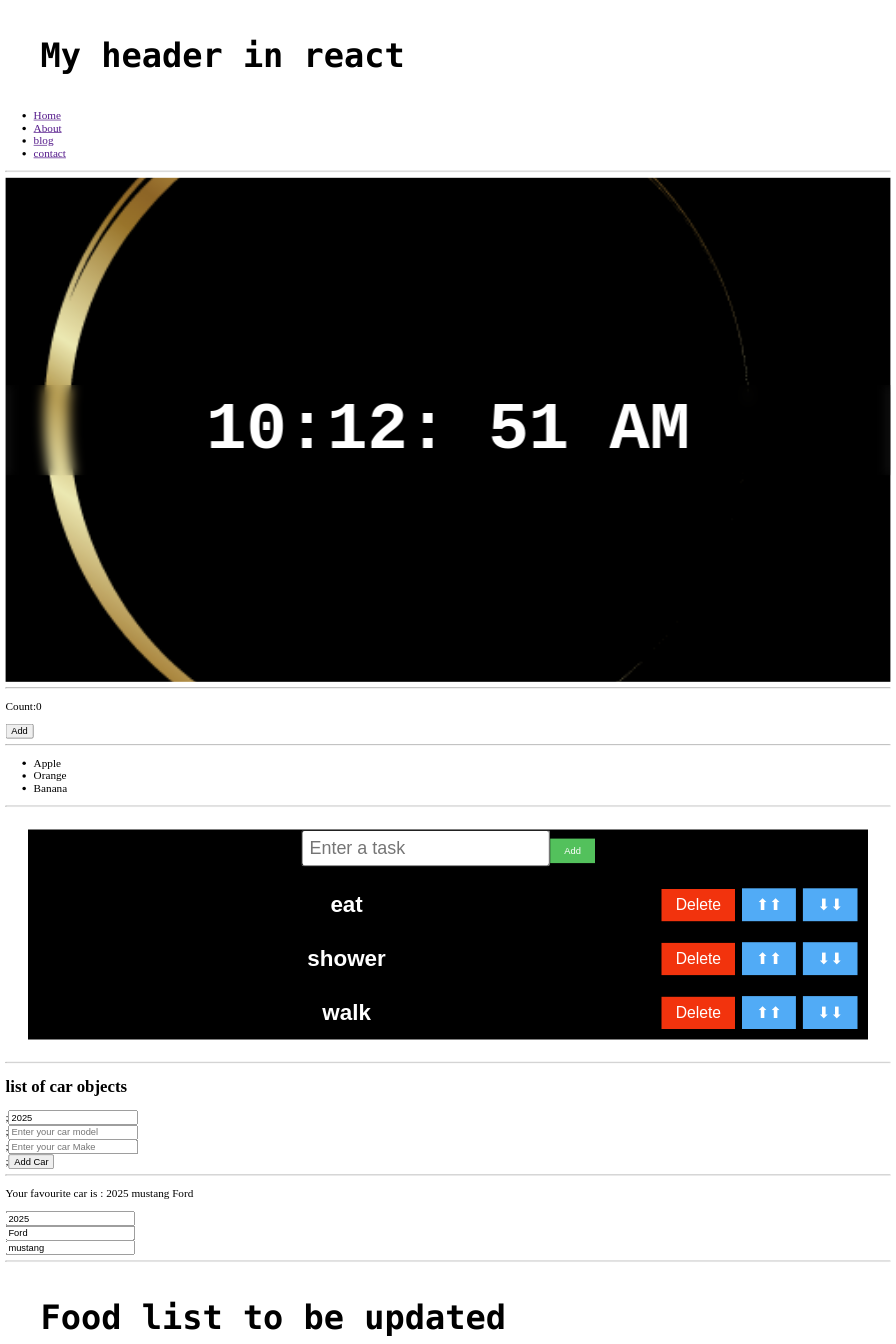
Repository: profbkmurage/reactLearning
Page: /
An editor plug-in stored every save of this project. The page is shown before and after the next save, followed by the edit.
The browser window is 1280 px wide. The pictures show the part of the page from y = 0 to 1920 px (the page is 6570 px tall), at 70% of full size.
Backgrounds fixed to the window are drawn as part of the page. The project was rebuilt for these pictures with package versions that can differ from the ones it lists, and the page was loaded fresh each time. Also part of the build but not shown: vite.config.js.

Above is the page before, as saved 2025-02-14 10:29:50.

### src/index.css
 .card{
  border: 1px solid hsl(0, 0%, 80%);
  border-radius: 10px;
  box-shadow: 5px 5px 5px hsl(0, 0, 0.1)                                5;
  padding: 20px;
  margin: 10px;
  text-align: center;
  max-width: 250px;
  display: inline-block;
}

.card .cardImage{
  border-radius: 50%;
  max-width: 70%;
  height: auto;
  margin-bottom: 8px;
}

.card .cardTitle{
  font-family: Arial, Helvetica, sans-serif;
  margin: 0;
  color: hsl(0, 0, 20%);
}

.card .cardText{
  font-family: Arial, Helvetica, sans-serif;
  color: hsl(0, 0, 30%);
}

.welcome-message{
  font-size: 2.5em;
  background-color: rgb(4, 74, 4);
  color: white;
  padding: 10px;
  border-radius: 5px;
  margin: 0;
}

.login-prompt{
  font-size: 2.5em;
  background-color: rgb(219, 14, 14);
  color: white;
  padding: 10px;
  border-radius: 5px;
  margin: 0;
}

.list-cartegory{
  font-size: 2.5em;
  font-weight:bold ;
  color: hsl(0, 0%, 100%);
  margin-bottom: 10px;
  text-align: center;
  border: 3px solid ;
  background-color: green;
  border-radius: 6px;
}


.list-item,.list-item{
  font-size: 2em;
  list-style: none;
  color: black;
  text-align: center;
  margin: 0;
}

.list-item li:hover{
  background-color: rgb(2, 73, 6);
  color: white;
}

.counter-div{
  text-align: center;
  font-family: Arial, Helvetica, sans-serif;
}

.count-display{
  font-size: 8em;
  margin-top: 0;
  margin-bottom: 50px;
}

.bttn{
   width: 100px;
   height: 50px;
   font-size: 1.2 em;
   margin: 0 5px;
   background-color: magenta;
   color: black;
   border: none;
   border-radius: 5px;
   cursor: pointer;
   display: inline-block;
   overflow: hidden;
}

.color-picker-container{
  display: flex;
  flex-direction: column;
  align-items: center;
}

h1{
  margin: 50px;
  font-size: 3rem;
  font-family: consolas;
}

.color-display{
  width: 300px;
  height: 300px;
  display: flex;
  justify-content: center;
  align-items: center;
  border: 5px solid hsl(0, 0%, 80%);
  border-radius: 25px;
  margin-bottom: 25px;
  transition: 0.25s ease;
}

.color-display p{
  color: hsl(0, 0, 20%);
  font-size: 2rem;
  text-align: center;
}

label{
  font-size: 1.5rem;
  font-weight: bold;
  margin-bottom: 10px;
}

input[type= "color"]{
  width: 48%;
  height: 50px;
  padding: 5px;
  border-radius: 10px;
  border: 3px solid hsl(0, 0, 80%);
}


.to-do-list{
  font-family: Arial, Helvetica, sans-serif;
  text-align: center;
  margin:2rem;
  background-color: black;
}
.to-do-list h1{
  font-size: 1.7rem;
}

.to-do-list button{
  font-size: bold;
  padding: 10px 20px;
  color: white;
  border: none;
  cursor: pointer;
  transition: background-color 0.5s ease;
}

.add-button{
  background-color: hsl(125, 47%, 54%);

}
.add-button:hover{
  background-color: hsl(125, 47%, 44%);
}
.delete-button{
  background-color: hsl(10, 90%, 50%);

}
.delete-button:hover{
  background-color: hsl(10, 90%, 40%);
}
.move-button{
  background-color: hsl(207, 90%, 64%);

}
.move-button:hover{
  background-color: hsl(207, 90%, 44%);
}

.to-do-list input[type='text']{
  font-size: 1.6rem;
  padding:10px;
  border: 2px solid hsla(0, 0, 80%, 0.5);
  border-radius: 5px;
  color: hsla(0, 0, 80%, 0.5);
}

.to-do-list ol{
  padding: 0;
}
.to-do-list li{
  font-size: 2rem;
  font-weight: bold;
  padding: 15px;
  background-color: hsl(0, 0, 97%);
  border: 3px solid hsla(0, 0, 85%, 0.75);
  border-radius:5px;
  display: flex;
  align-items: center;
}

.text{
  flex: 1;
  color: white;
}

.delete-button,.move-button{
  padding: 8px 12px;
  font-size: 1.4rem;
  margin-left: 10px;
}

.clock-body{
  background-image: url(./assets/bg.png);
  background-attachment: fixed;
  background-position: center;
  background-repeat: no-repeat;
  background-size: cover;
  margin: 0;
  display: flex;
  justify-content: center;
  min-height: 100vh;
  align-items: center;
}

.clock-container{
backdrop-filter: blur(8px);
width: 100vw;
padding: 10px 0;
}
.clock{
 color: white;
 font-size: 6rem;
 font-weight: bold;
 font-family: monospace;
 text-align: center;
 text-shadow: 3px 3px 5px black;
}

### src/header.jsx

function Header() {
    // react components are only able to return one elememt only but you can tie children in the elements
    return (
        <header>
            <h1>My header in react</h1>
            <nav>
                <ul>
                    <li><a href="">Home</a></li>
                    <li><a href="">About</a></li>
                    <li><a href="">blog</a></li>
                    <li><a href="">contact</a></li>
                </ul>
            </nav>
        </header>
    )
}

export default Header;

### src/footer.jsx
function Footer() {
    return (
        <footer>
            <p>&copy;{new Date().getFullYear()} all rights reseved</p>
        </footer>
    )
}

export default Footer

### src/Food.jsx
function Food() {
    const food1 = 'Orange';
    const food2 = 'Banana';

    return (
        <ul>
            <li>Apple</li>
            <li>{food1}</li>
            <li>{food2}</li>
        </ul>
    )
}

export default Food

### src/Card.jsx
import profilePic from "./assets/bk.jpg"

function Card() {
    return (
        <div className="card">
            <img className="cardImage" src={profilePic} alt="" />
            <h2 className="cardTitle">Brian Murage</h2>
            <p className="cardText">I am a student currently taking a bachelors degree in education science</p>
        </div>
    );
}

export default Card

### src/reactProps.jsx
// you have to import proptypes so as to use and create the property types
import propTypes from "prop-types";
import defaultPic from "./assets/bk.jpg"

function Person(props) {
    return (
         <div className="card">
            <img className="cardImage" src={props.imgsrc} alt="a pic here" />
            <h2 className="cardTitle">{props.name}</h2>
            <p className="cardText">{props.description}</p>
            <p className="cardText">{props.age}</p>
            <p className="cardText">{props.isStudent ? 'yes' : 'no'} </p>
        </div>
    )
}

Person.propTypes = {
    name: propTypes.string,
    age: propTypes.number,
    description: propTypes.string,
    imgsrc: propTypes.string,
    isStudent: propTypes.bool
}
// props can have default values such that when not defined, these will take effect
Person.defaultProps = {
     name: 'no defined name',
    age: 'age not defined',
    description: 'no defined value here',
    imgsrc: defaultPic,
    isStudent: false
}

export default Person

### src/usergreeting.jsx
import propTypes from"prop-types"

function UserGreeting(props) {
    // if (props.isLoggedIn) {
    //     return (
    //         <h2>Welcome {props.userName}</h2>
    //     )
    // }this can be replced by a tenary operation
    const logInMessage = <h2 className="login-prompt">please login to continue</h2>;
    const loggedInMessage = <h2 className="welcome-message">welcome {props.userName}</h2>;

    return(props.isLoggedIn ? loggedInMessage : logInMessage)

}

UserGreeting.propTypes = {
    userName: propTypes.string,
    isLoggedIn: propTypes.bool
}

export default UserGreeting;

### src/List.jsx


function List() {
    const fruits = [{ id:1 ,name: 'Banana', carlories: 50 },
                    { id: 2,name: 'orange', carlories: 95 },
                    { id: 3,name: 'Tomato', carlories: 125 },
                    { id: 4,name: 'Kiwi', carlories: 150 }
                    // the id willl help to give the key value which is necessary for react to keep track of the data in the list
    ];
    // we can sort the list before we display it
    //fruits.sort((a, b) => a.name.localeCompare(b.name));  //this is using alphabetical
    // fruits.sort((a, b) => b.name.localeCompare(a.name));  //this is using reverse alphabetical

    // sorting by numerical values
    // fruits.sort((a,b) => b.carlories - a.carlories)

    // sorting by a specific criterion eg. get all that are greater than 94
    const lowCarlories = fruits.filter(fruit => fruit.carlories > 94);

    const listItems = lowCarlories.map(lowCarlorie => <li key={lowCarlorie.id}>
                                            {lowCarlorie.name} &nbsp;
                                            {lowCarlorie.carlories}
                                            </li>);
    return (
        <ol>{listItems}</ol>
    )
}

export default List

### src/ReusableList.jsx
import propTypes from 'prop-types';

function ReusableList(props) {
    const cartegory = props.cartegory;
    const itemList = props.items;

    const listItems = itemList.map(item => <li key={item.id}>
                                    {item.name}: &nbsp;
                                    <b>{item.calories}</b>
                                </li> );
    return (<>
        <h3 className='list-cartegory'>{cartegory}</h3>
        <ol className='list-item'>{listItems}</ol>
    </>)
}

ReusableList.propTypes = {
    cartegory : propTypes.string,
    items: propTypes.arrayOf(propTypes.shape({
        id: propTypes.number,
        name: propTypes.string,
        calories: propTypes.number
    }))
}

ReusableList.defaultProps = {
    cartegory: 'Cartegory',
    items: []
}

export default ReusableList;

### src/Button.jsx
function Button() {
    // const handleClick = () => alert('Hi there');

    let count = 0;
    const handleClickParams = (name) => {
        if (count < 3) {
            count++;
            alert(`${name} you clicked me ${count} times!`);
        } else {
            alert(name + ' stop clicking me now!')
        }

    }
    return (
        <>
        {/* <button onClick ={handleClick}>click me now 😂😂</button> */}
            <button onClick={()=>handleClickParams('Brian')}>click me now 😂😂</button>
            </>
    )
}

export default Button

### src/PicHide.jsx
function PicHide() {
    const imgURL = './src/assets/bk.jpg';

    const handleClick = (e) => e.target.style.display = 'none';

    return (
        <img onClick={(e)=> handleClick(e)} src={imgURL} alt="" ></img>
    )
}

export default PicHide

### src/MyComponent.jsx
import {useState} from "react";

function MyComponent() {
    const [name, setName] = useState('Guest');
    const [age, setAge] = useState(0);
    const [isEmployed, setIsEmployed] = useState(false);

    const updateName = () => {
        setName('Oswad Coberpolt')
    }

    const incrementAge = () => {
        setAge(age + 1);
    }

    const toogleEmployedStatus = () => {
        setIsEmployed(!isEmployed);
    }

    return (
        <div>
            <p>Name: {name}</p>
            <button onClick={updateName}>Set Name</button>

            <p>Age: {age}</p>
            <button onClick={incrementAge}>Set age</button>

            <p>Is Employed: {isEmployed?'Yes': 'No'}</p>
            <button onClick={toogleEmployedStatus}>Toogle employment status</button>
        </div>
    )
}

export default MyComponent;

### src/Counter.jsx
import  { useState } from "react";

function Counter() {
    let [counter, setCounter] = useState(0);

    const increment = () => {
        setCounter(counter++);
    }

    const decrement = () => {
        setCounter(counter--);
    }

    const reset = () => {
        setCounter(0);
    }

    return (
        <div className="counter-div">
            <p className="count-display">{counter}</p>
            <button onClick={decrement} className="bttn counter-decrease">Deacrese</button>
            <button onClick={reset} className="bttn reset">reset</button>
            <button onClick={increment} className="bttn increase">increase</button>
        </div>
    )

}

export default Counter

### src/OnchangeFile.jsx
import { useState } from "react";

function ChangeHandler() {
    const [name, setName] = useState('Your name here');
    const [quantity, setQuantity] = useState(0);
    const [paymentMode, setPaymentMode] = useState('Select only one');
    const [shippingMethod,setShipMethod] = useState('')

    function handleNameChange(event) {
        setName(event.target.value);
    }

    function handleQuantity(event) {
        setQuantity(event.target.value);
    }

    function handlePaymentMode() {
        setPaymentMode(event.target.value);
    }

    function handleShipment(event) {
        setShipMethod(event.target.value);
    }

    return (
        <div>
            <input type="text" value={name} onChange={handleNameChange} />
            <p>Name: {name}</p>

            <input type="number" value={quantity} onChange={handleQuantity } />
            <p>quantity: {quantity}</p>

            <select name="" id="" value={paymentMode} onChange={handlePaymentMode}>
                <option value="">select one</option>
                <option value="visa">visa</option>
                <option value="master">master</option>
                <option value="giftCard">giftCard</option>
                <option value="mpesa">mpesa</option>
            </select>
            <p>Payment: {paymentMode}</p>
            <br />
            <label >
                <input type="radio" value='pick up' checked = {shippingMethod === 'pick up'} onChange={handleShipment} />
                pick up
            </label><br />
            <br />
            <label >
                <input type="radio" value='delivery' checked = {shippingMethod === 'delivery'} onChange={handleShipment} />
                delivery
            </label><br />
            <p>Shippment Method: {shippingMethod}</p>
        </div>
    )
}

export default ChangeHandler;

### src/ColorPicker.jsx
import { useState } from "react";

function ColorPicker() {
    const [color, setColor] = useState("#ffffff");

    function handleColorChange(event) {
        setColor(event.target.value)
    }

    return (
        <div className="color-picker-container">
            <h1>Color Picker</h1>
            <div className="color-display" style={{ backgroundColor: color }}>
                <p>Selected color: {color}</p>
            </div>
            <label htmlFor="">Select a color: </label>
            <input type="color" value={color} onChange={handleColorChange} />
        </div>
    )
}

export default ColorPicker;

### src/UpdaterFunctions.jsx
import { useState } from "react";

function UpdaterFunction() {
    const [car, setCar] = useState({
        year: 2025,
        make: "Ford",
        model: "mustang"
    })

    function handleYearChange(event) {
        setCar(c => ({ ...c, year: event.target.value }));
        // the spread operator ...car must be used so that when updating, the car object retains the other property other than the year preoperty
}
    function handleModelChange(event) {
        setCar(c => ({ ...c, model: event.target.value}));

}
    function handleMakeChange(event) {
        setCar(c => ({ ...c, make: event.target.value }));
}

    return (
        <div>
            <p>Your favourite car is : {car.year} {car.model} {car.make}</p>
            {/* the goal here is to have the data in the paragraph change depending on what the user wants, so we need to have some inputs */}
            <input type="number" value={car.year} onChange={handleYearChange}/><br />

            <input type="text" value={car.make}onChange={handleMakeChange} /><br />
            <input type="text" value={car.model} onChange={handleModelChange} /><br />
        </div>
    );
}

export default UpdaterFunction;

### src/FoodUpdater.jsx
import { useState } from "react";

function FoodUpdater() {
    const [foods, setFoods] = useState(['Apple', 'Banana', 'orange', 'pearch']);

    function handleAddFood() {
        const newFood = document.getElementById('foodInput').value;
        document.getElementById('foodInput').value = '';

        setFoods(f => [...f, newFood]);

    }
    function handleRemoveFood(index) {
        setFoods(foods.filter((_,i)=>i!==index))
    }

    return (
        <div>
            <h1>Food list to be updated</h1>
            <ul>
                {foods.map((food, index) => <li key={index} onClick={()=>handleRemoveFood(index)}>{food}</li>)}
            </ul>

            <input type="text" id="foodInput" placeholder="Enter your favourite food to add to list" />
            <button onClick={handleAddFood}>Add Food</button>
        </div>
    )

}

export default FoodUpdater;

### src/CarUpdater.jsx
import { useState } from "react";

function CarUpdater() {
    const [cars, setCars] = useState([]);
    const [carYear, setCarYear] = useState(new Date().getFullYear());
    const [carMake, setCarMake] = useState('');
    const [carModel, setCarModel] = useState('')

    // function to add car and remove it
    function handleAddCar() {
        const newCar = {
            year: carYear,
            make: carMake,
            model: carModel
        };
        setCars(c => [...c, newCar]);
        setCarMake('');
        setCarModel('');
        setCarYear(new Date().getFullYear());
    }

    function handleRemoveCar(index) {
        setCars(c => c.filter((_, i) => i !== index));
    }
    // ?function to add year
    function handleYearChange(event) {
        setCarYear(event.target.value);
    }

    // function to add make
    function handleMakeChange(event) {
        setCarMake(event.target.value);
    }
    // function to add model
    function handleModelChange(event) {
        setCarModel(event.target.value);
    }
    return (
        <div>
            <h2>list of car objects</h2>
            <ul>
                {cars.map((car, index) =>
                    <li key= {index} onClick={()=>handleRemoveCar(index)} >
                        {car.year} {car.model} {car.make}
                </li>
            )}
            </ul>;
        <input type="number" value= {carYear} onChange={handleYearChange} /><br/>;
        <input type="text" placeholder="Enter your car model" value= {carModel} onChange={handleModelChange} /><br/>;
        <input type="text" placeholder="Enter your car Make" value= {carMake} onChange={handleMakeChange} /><br/>;
        <button onClick={handleAddCar}>Add Car</button>
        </div>
    );
}

export default CarUpdater

### src/ToDoo.jsx
import { useState } from "react";

function ToDooList() {
    const [tasks, setTasks] = useState(['eat', 'shower', 'walk']);
    const [newTask, setNewTask] = useState('');



    function handleInputChange(event) {
        setNewTask(event.target.value)
    }

    function addTask() {
        if (newTask.trim() !== '') {
            setTasks(t => [...t, newTask]);
            setNewTask('');
        } else { alert('invalid input method! task cannot be empty') };

    }

    function deleteTask(index) {
        const updatedTasks = tasks.filter((_, i) => i !== index);
        setTasks(updatedTasks);
    }

    function moveTaskUp(index) {
        if (index > 0) {
            const updatedTasks = [...tasks];
            [updatedTasks[index], updatedTasks[index - 1]] = [updatedTasks[index - 1], updatedTasks[index]];
            setTasks(updatedTasks);
        }
    //     else {
    //         const bttn = document.querySelector('move-button')
    //         bttn.style.display= 'none'
    //   }
    }

    function moveTaskDown(index) {
        if (index < tasks.length-1) {
            const updatedTasks = [...tasks];
            [updatedTasks[index], updatedTasks[index + 1]] = [updatedTasks[index + 1], updatedTasks[index]];
            setTasks(updatedTasks);
      }

    }
    return (
        <div className="to-do-list">
            <div>
                <input type="text" placeholder="Enter a task" value={newTask} onChange={handleInputChange} />
                <button className="add-button" onClick={addTask}>Add</button>
            </div>
            <ol>
                {tasks.map((task, index) =>
                    <li key={index}><span className="text">{task}</span>
                    <button className="delete-button" onClick={()=>deleteTask(index)}>Delete</button>
                    <button className="move-button" onClick={()=>moveTaskUp(index)}>⬆⬆</button>
                    <button className="move-button" onClick={()=>moveTaskDown(index)}>⬇⬇</button>
                    </li>
                )}
        </ol>

        </div>
    );
}

export default ToDooList;

### src/UseEffectLearn.jsx
import { useState, useEffect } from "react";

function ComponetMain() {
    const [count, setCount] = useState(0);

    // useeffect should be placed near the top
    useEffect(() => {
        document.title = `count: ${count}`;
    },[count]) //the second argument is a dependacy which tells react to update our title only when ther dependacy changes

    function addCount() {
        setCount(c => c + 1);
    }

    return (
        <div>
            <p>Count:{count} </p>
            <button onClick={addCount}>Add</button>
        </div>
    )
}

export default ComponetMain;

### src/DigitalClock.jsx
import { useEffect, useState } from "react";

function DigitalClock() {
    const [time, setTime] = useState(new Date());

    useEffect(() => {
        const intervalId = setInterval(() => {
            setTime(new Date());
        }, 1000);
        return () => {
            clearInterval(intervalId);
        }
    }, []);

    function formatTime() {
        let hours = time.getHours();
        let minutes = time.getMinutes();
        let seconds = time.getSeconds();
        let meridiem = hours >= 12 ? 'PM' : 'AM';

        hours = hours % 12 || 12;

        return`${padZero(hours)}:${padZero(minutes)}: ${padZero(seconds)} ${meridiem}`
     }
    function padZero(number) {
         return (number <10 ? '0' : '')+ number
     }
    return (
        <div className="clock-body">
        <div className="clock-container">
            <div className="clock">
                <span>
                    {formatTime()}
                    </span>
            </div>
            </div>
            </div>
    );
}

export default DigitalClock;

Loaded but not shown: index.html (common file); src/main.jsx (common file); src/App.jsx (98 lines, source omitted)

After the next save:
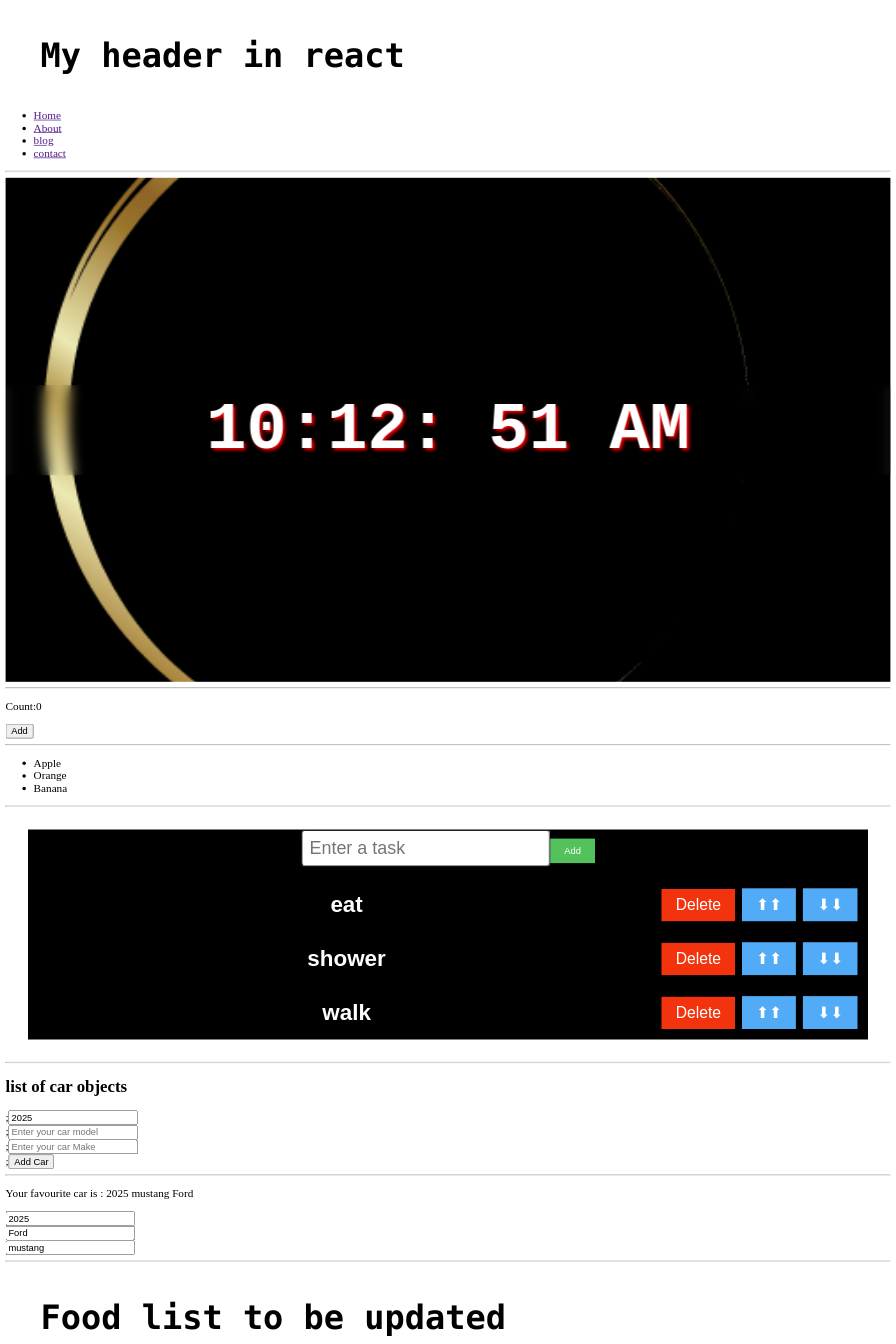
Saved 41 s later.
--- a/src/index.css
+++ b/src/index.css
@@ -238,5 +238,5 @@ padding: 10px 0;
  font-weight: bold;
  font-family: monospace;
  text-align: center;
- text-shadow: 3px 3px 5px black;
-}
+ text-shadow: 3px 3px 5px red;
+}
